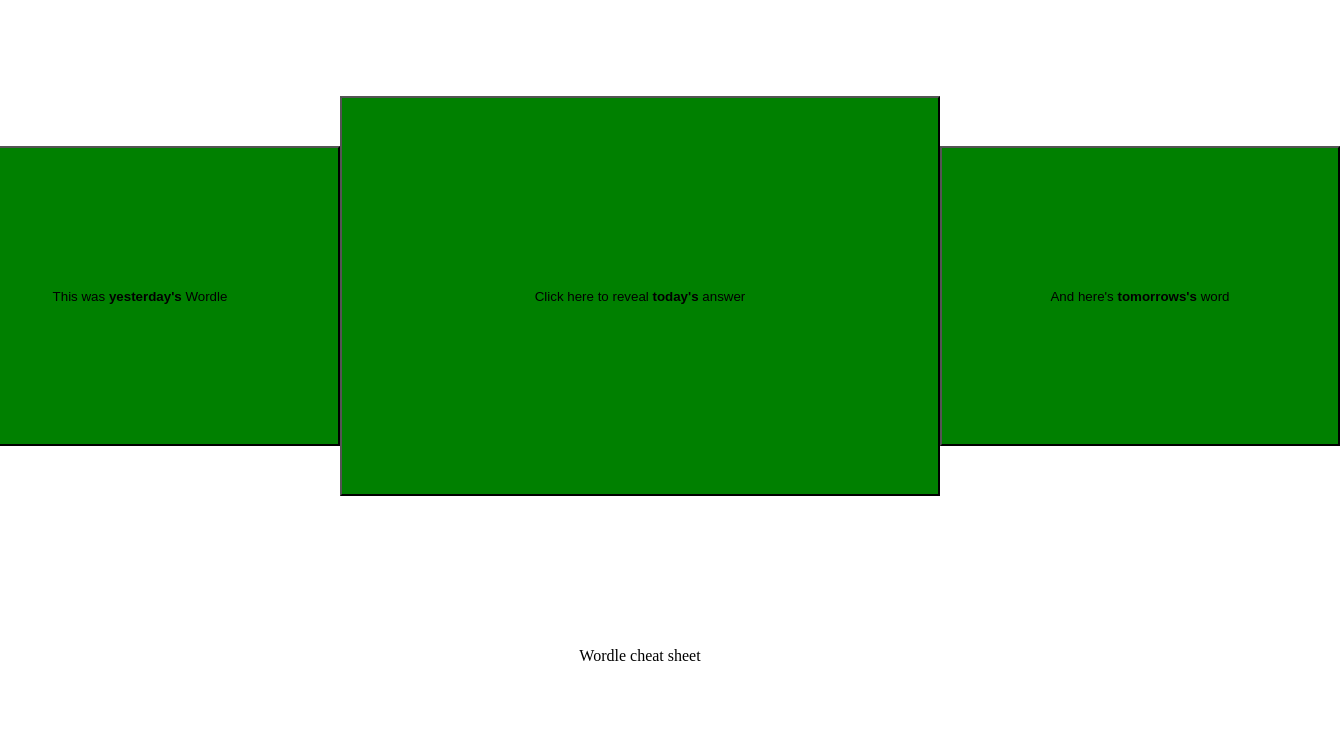
Repository: enoripl/tomorrows-wordle
Page: index.html
An editor plug-in stored every save of this project. The page is shown before and after the next save, followed by the edit.
The browser window is 1280 px wide. The page is 1340 px wide, so the pictures cover 1340 px, including what lies to the right of the window. The pictures show the whole page.

Above is the page before, as saved 2022-02-09 16:47:14.

### index.html
<!DOCTYPE html>
<html lang="en">
  <head>
    <meta charset="UTF-8" />
    <meta http-equiv="X-UA-Compatible" content="IE=edge" />
    <meta name="viewport" content="width=device-width, initial-scale=1.0" />
    <link rel="stylesheet" href="styles.css" />
    <script type="text/javascript" src="script.js" defer></script>
    <title>Today's (and tommorow's Worlde)</title>
  </head>
  <body>
    <main class="main-content">
      <div class="buttons-section">
        <div class="buttons-group">
          <button class="answer-btns" id="yesterdays-btn">
            This was <b>yesterday's</b> Wordle
          </button>
          <button class="answer-btns" id="todays-btn">
            Click here to reveal <b>today's</b> answer
          </button>
          <button class="answer-btns" id="tomorrows-btn">
            And here's <b>tomorrows's</b> word
          </button>
        </div>
      </div>
    </main>
    <div class="logo-section">
      <div class="logo">Wordle cheat sheet</div>
    </header>
  </body>
</html>

### styles.css
body {
    height: 100vh;
}

main {
    height: 80vh;
}
.main-content {
    display: flex;
    justify-content: center;
    align-items: center;
}
.buttons-group {
    display: flex;
    align-items: center;
}

.answer-btns {
    background-color: green;
    height: 300px;
    width: 400px;
}

#todays-btn {
    height: 400px;
    width: 600px;
}

.logo-section {
    display: flex;
    justify-content: center;
    align-items: center;
    height: 20vh;
}

Loaded but not shown: script.js (2352 lines, source omitted)

After the next save:
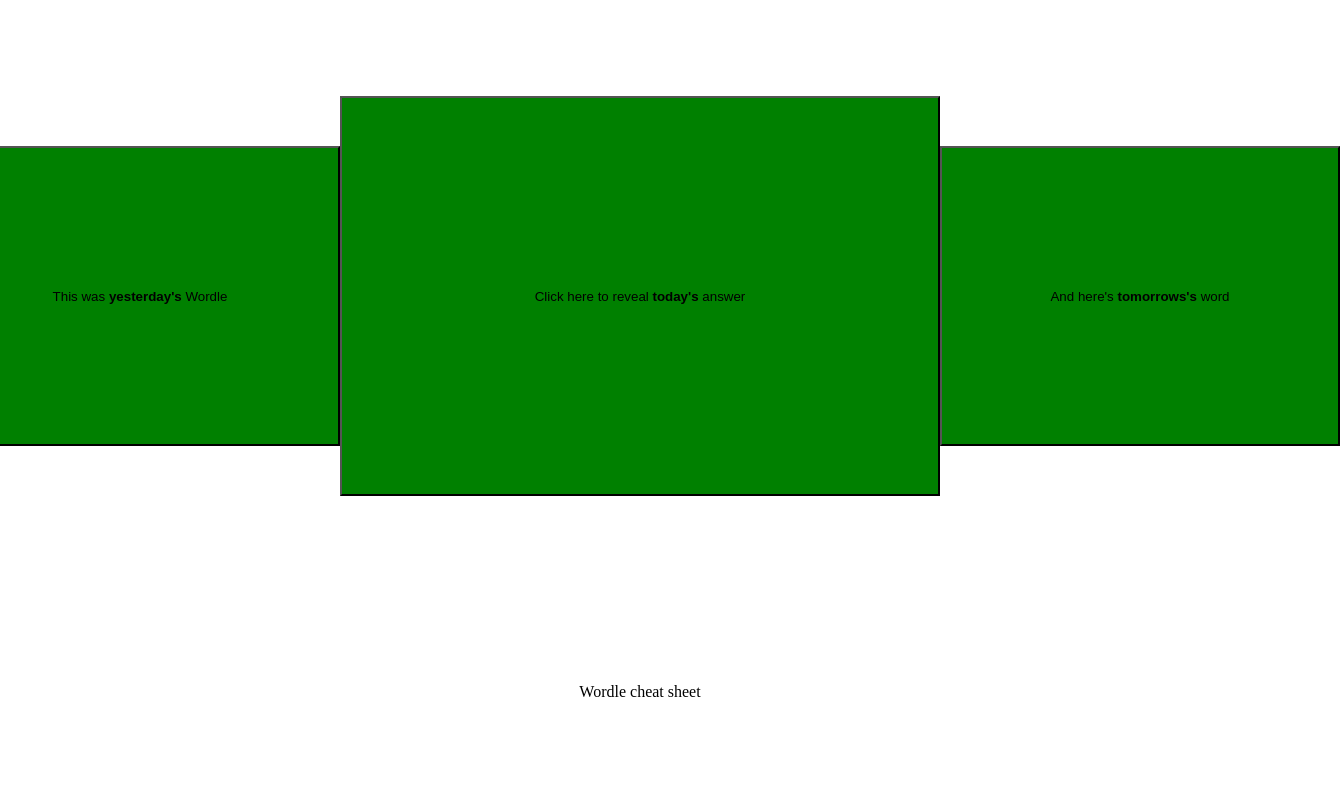
Saved 21 s later.
--- a/styles.css
+++ b/styles.css
@@ -30,5 +30,5 @@
     display: flex;
     justify-content: center;
     align-items: center;
-    height: 20vh;
+    height: 30vh;
 }
